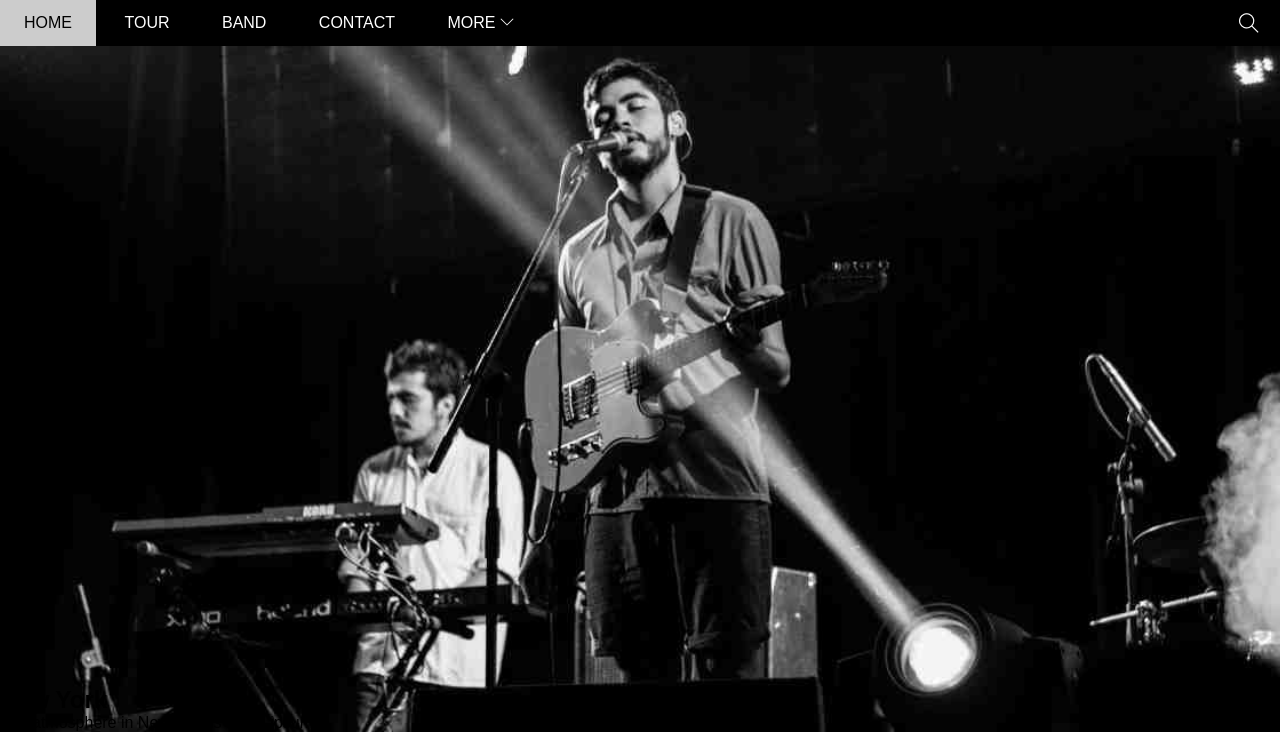
Repository: maivannhan1998/git-w3band
Page: index.html
The author's editor kept a copy of each file at every save. The page is drawn from the files as they stood at one save, then again after the next save.
The browser window is 1280 px wide. The pictures show the whole page.

Above is the page before, as saved 2021-09-04 21:37:28.

### index.html
<!DOCTYPE html>
<html lang="en">
<head>
    <meta charset="UTF-8">
    <meta http-equiv="X-UA-Compatible" content="IE=edge">
    <meta name="viewport" content="width=device-width, initial-scale=1.0">
    <title>Document</title>
    <link rel="stylesheet" href="./asset/css/style.css">
    <link rel="stylesheet" href="./asset/fontss/themify-icons/themify-icons.css">
</head>
<body>
    <div id="main">
        <div id="header">
            <!-- Begin: nav -->
            <ul id="nav">
                <li><a href="">Home</a></li>
                <li><a href="">Tour</a></li>
                <li><a href="">Band</a></li>
                <li><a href="">Contact</a></li>
                <li><a href="">
                    More
                    <i class="nav-arrow-down ti-angle-down"></i>
                </a>
                    <ul class="subnav">
                        <li><a href="">Merchandise</a></li>
                        <li><a href="">Extras</a></li>
                        <li><a href="">Media</a></li>
                    </ul>
                </li>
            </ul>
            <!-- End: nav -->

            <!-- Begin: Search button -->
            <div class="search-btn">
                <i class="search-icon ti-search"></i>
            </div>
            <!-- End: Search button -->


        </div>

        <div id="slider">
            <div class="text-content">
                <h2 class="text-heading">New York</h2>
                <div class="text-des">The atmosphere in New York is lorem ipsum.</div>
            </div>
        </div>

        <div id="content">

        </div>

        <div id="footer">

        </div>
    </div>
</body>
</html>

### asset/css/style.css
/* Reset CSS*/
*{
    padding: 0;
    margin: 0;
    box-sizing: border-box;
}

html{
    font-family: Arial, Helvetica, sans-serif;

}

#main{

}

#header{
    height: 46px;
    background-color: #000;
}

#nav {
    display: inline-block ;
}

#nav, .subnav {
    list-style-type: none;
}

#nav > li {
    display: inline-block;
}

#nav li{
    position: relative;

}

#nav > li > a {
    color: #fff;
    text-transform: uppercase;
}

#nav li a {
    padding: 0 24px;
    line-height: 46px;
    display: block;
    text-decoration: none;
}
#nav .subnav li:hover a,
#nav > li:hover > a {
    color: #000;
    background-color: #ccc;
}

#nav .subnav {
    display: none;
    position: absolute;
    top: 100%;
    left: 0;
    min-width: 160px;
    background-color: #fff;
    box-shadow: 0 0 10px rgba(0, 0, 0, 0.3);
}

#nav .subnav a {
    color: #000;
    background-color: #fff;
    padding: 0 12px;
    line-height: 38px;

}

#nav li:hover .subnav {
    display: block;
}

.nav-arrow-down {
    font-size: 14px;
}

#header .search-btn {
    float: right;
    padding: 0px 21px;

}

#header .search-btn:hover {
    cursor: pointer;
    background-color: #f44336;
}

#header .search-icon {
    color: #fff;
    font-size: 20px;
    line-height: 46px;
}

#slider{
   /* margin-top: 46px; */
   /* chỉ số % chiều ngang của chính nó (chiều cao lun bằng 1/2 chiều ngang) */
   padding-top: 50%;
   background: url('/asset/img/slider/slider1.jpg') top center / cover no-repeat;
}

#content{

}

#footer{

}

Loaded but not shown: asset/fontss/themify-icons/themify-icons.css (common file)

After the next save:
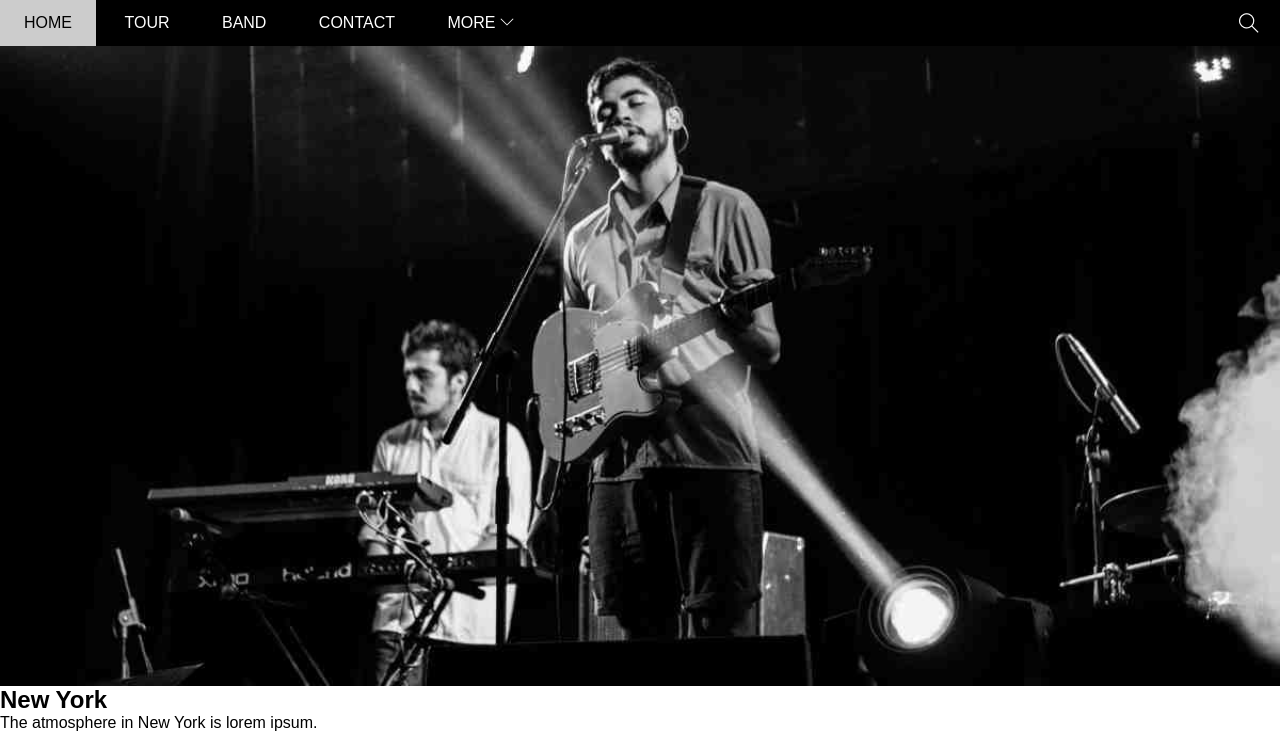
Saved 4 min 29 s later.
--- a/asset/css/style.css
+++ b/asset/css/style.css
@@ -99,8 +99,13 @@ html{
 #slider{
    /* margin-top: 46px; */
    /* chỉ số % chiều ngang của chính nó (chiều cao lun bằng 1/2 chiều ngang) */
+   position: relative;
    padding-top: 50%;
    background: url('/asset/img/slider/slider1.jpg') top center / cover no-repeat;
+}
+
+#slider .text-content {
+    position: absolute;
 }
 
 #content{
